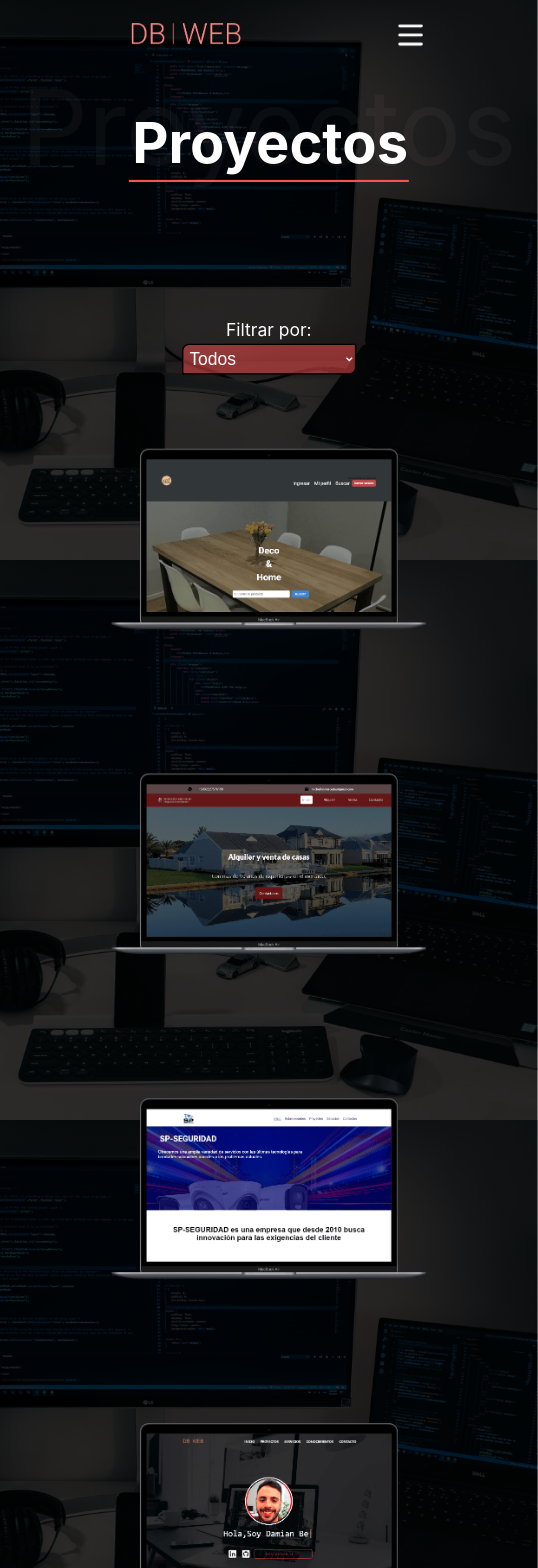
Repository: DamianBermudez94/DB-Porfolio
Page: /proyecto
These files come from the project's save history. The page is drawn as it stood at one moment and after the next save; the edit follows.
The browser window is 768 px wide. The pictures show the part of the page from y = 0 to 2240 px (the page is 4516 px tall before and 4476 px after), at 70% of full size.
Backgrounds fixed to the window are drawn as part of the page. Some web libraries are served in a nearby version. The project was rebuilt for these pictures with package versions that can differ from the ones it lists, and the page was loaded fresh each time. Also part of the build but not shown: vite.config.js, src/components/TextoCustom/styles.css, src/components/TextoCustom/CustomText.jsx, src/components/Home/styles.css, src/components/Home/Home.jsx, src/pages/Inicio.jsx, src/components/Servicios/styles.css, src/components/Servicios/Service.jsx and 8 more.

Above is the page before, as saved 2024-04-01 19:15:45.

### index.html
<!DOCTYPE html>
<html lang="es">
  <head>
    <meta charset="utf-8" />
    <meta name="viewport" content="width=device-width, initial-scale=1" />
    <meta name="geo.position" content="-35.1853171; -59.1479442" />
    <link
      rel="icon"
      type="image/png"
      sizes="32x32"
      href="./public/image/icons-favicon-DB.png"
    />
    <link
      rel="apple-touch-icon"
      type="image/png"
      sizes="32x32"
      href="./public/image/icons-favicon-DB.png"
    />

    <link rel="manifest" href="./src/manifiesto.json" />
    <title>Damián Bermúdez - Developer</title>
    <meta name="author" content="Damián Bermúdez" />
    <meta
      name="description"
      content="Desarrollador Web Full Stack - Diseñador Web - Paginás Web - Damián Bermúdez"
    />
    <meta name="theme-color" content="#000000" />
    <!--Estilos-->
    <script
      src="https://kit.fontawesome.com/bdbed0aafa.js"
      crossorigin="anonymous"
    ></script>
    <link rel="preconnect" href="https://fonts.gstatic.com" />
    <link rel="preconnect" href="https://fonts.gstatic.com" />
    <link rel="preconnect" href="https://fonts.gstatic.com" />
    <link rel="preconnect" href="https://fonts.gstatic.com" />
    <link
      href="https://fonts.googleapis.com/css2?family=Raleway:wght@200;300&family=Roboto:wght@100;300&display=swap"
      rel="stylesheet"
    />
  </head>
  <body>
    <div id="root"></div>
    <script type="module" defer src="/src/main.jsx"></script>
  </body>
</html>

### src/main.jsx
import ReactDOM from "react-dom/client";

import App from "./App";
import "./index.css";
const root = ReactDOM.createRoot(document.getElementById("root"));
root.render(<App />);

### src/App.jsx
import { useState, useEffect } from "react";
import { MisRutas } from "./routers/MisRutas";
import { BrowserRouter } from "react-router-dom";
import backgroundImage from "../public/image/banner-parallax2.jpg";
import "./App.css";
function App() {
  const [scrollPosition, setScrollPosition] = useState(0);

  useEffect(() => {
    const handleScroll = () => {
      setScrollPosition(window.pageYOffset);
    };

    window.addEventListener("scroll", handleScroll);

    return () => {
      window.removeEventListener("scroll", handleScroll);
    };
  }, []);

  return (
    <main className="content-main parallax-container">
      <div
        className="parallax-background"
        style={{
          backgroundImage: `url(${backgroundImage})`,
          backgroundPositionY: scrollPosition / 2 + "px",
        }}
      />
      <div className="parallax-content">
        <BrowserRouter>
          <MisRutas />
        </BrowserRouter>
      </div>
    </main>
  );
}

export default App;

### src/index.css
* {
  margin: 0;
  padding: 0;
  box-sizing: border-box;
}
body {
  font-family: -apple-system, BlinkMacSystemFont, "Segoe UI", "Roboto", "Oxygen",
    "Ubuntu", "Cantarell", "Fira Sans", "Droid Sans", "Helvetica Neue",
    sans-serif;
  -webkit-font-smoothing: antialiased;
  -moz-osx-font-smoothing: grayscale;
}

### src/routers/MisRutas.jsx
import {Routes, Route } from "react-router-dom";

import { Inicio } from "../pages/Inicio";
import { Servicios } from "../pages/Servicios";
import { AcerdaDe } from "../pages/AcerdaDe";
import { Contacto } from "../pages/contacto";
import { Proyectos } from "../pages/Proyecto";
import { Error } from "../components/Error";
import { NavHeader } from "../components/header/NavHeader";
import { Footer } from "../components/Footer/Footer";

export const MisRutas = () => {
  return (
    <div className="layout">
      {/*Header y navegacion*/}
      <NavHeader />
      {/*Contenido general*/}

      <Routes>
        <Route path="/" element={<Inicio />} />
        <Route path="/inicio" element={<Inicio />} />
        <Route path="/servicios" element={<Servicios />} />
        <Route path="/conocimientos" element={<AcerdaDe />} />
        <Route path="/contacto" element={<Contacto />} />
        <Route path="/proyecto" element={<Proyectos />} />
        <Route path="*" element={<Error />} />
      </Routes>

      {/* Footer*/}
      <Footer />
    </div>
  );
};

### src/App.css
.parallax-container {
  position: relative;
  overflow: hidden;
  color: #fff;


}
.parallax-background {
  position: absolute;
  top: 0;
  left: 0;
  width: 100%;
  height: 100%;
  background-size: cover;
  background-position: center;
  background-attachment: fixed;

}
.parallax-content {
 /* Agregamos una transición para suavizar la animación */
  padding-top: 150px;
  background-color: rgba(0, 0, 0, 0.8);
  position: relative;
  z-index: 1; /* Asegura que el contenido esté sobre la imagen de fondo */
}

### src/pages/Proyecto.jsx
import { ListadoTrabajos } from "../components/Proyectos/ListaTrabajos";

export const Proyectos = () => {
  return (
    <section className="section-proyectos">
      <h1 className="title-proyectos">Proyectos</h1>
      <span className="sub-title__proyectos">Proyectos</span>
      <ListadoTrabajos />
    </section>
  );
};

### src/components/header/NavHeader.jsx
import { useState, useEffect } from "react";
import { NavLink } from "react-router-dom";
import "./NavHeader.css";
import BurguerButton from "./burgerButton";

export const NavHeader = () => {
  const [clicked, setClicked] = useState(false);
  const [scrolled, setScrolled] = useState(false);
  const handleClick = () => {
    //cuando esta true lo pasa a false y vice versa
    setClicked(!clicked);
  };
  useEffect(() => {
    const handleScroll = () => {
      if (window.scrollY > 50) {
        setScrolled(true);
      } else {
        setScrolled(false);
      }
    };

    window.addEventListener("scroll", handleScroll);

    // Limpiar el event listener en el desmontaje del componente
    return () => {
      window.removeEventListener("scroll", handleScroll);
    };
  }, []);

  return (
    <header className={`header ${scrolled ? "scrolled" : ""}`}>
      <div className="nav-content">
        <div className="logo">
          <NavLink to="/inicio">
            <img
              src={"/image/Logo-DB.png"}
              alt="Damian Bermudez desarrollador web"
            ></img>
          </NavLink>
        </div>

        <BurguerButton
          className="btn-menu"
          clicked={clicked}
          handleClick={handleClick}
        />
        <nav className={`menu ${clicked ? "active" : ""}`}>
          <ul>
            <li>
              <NavLink
                to="/inicio"
                onClick={handleClick}
                className={({ isActive }) => (isActive ? "active" : "")}
              >
                Inicio
              </NavLink>
            </li>
            <li>
              <NavLink
                to="/proyecto"
                onClick={handleClick}
                className={({ isActive }) => (isActive ? "active" : "")}
              >
                proyectos
              </NavLink>
            </li>
            <li>
              <NavLink
                to="/servicios"
                onClick={handleClick}
                className={({ isActive }) => (isActive ? "active" : "")}
              >
                servicios
              </NavLink>
            </li>
            <li>
              <NavLink
                to="/conocimientos"
                onClick={handleClick}
                className={({ isActive }) => (isActive ? "active" : "")}
              >
                conocimientos
              </NavLink>
            </li>
            <li>
              <NavLink
                to="/contacto"
                onClick={handleClick}
                className={({ isActive }) => (isActive ? "active" : "")}
              >
                contacto
              </NavLink>
            </li>
          </ul>
        </nav>
      </div>
    </header>
  );
};

### src/components/Footer/Footer.jsx

import './Footer.css'
export const Footer = () => {
  return (
    <footer className="footer">
      <div className="contenedor-footer container">
          <div className="footer-redes__sociales">
              <a href="https://www.facebook.com" className="link-redes_sociales" ><i className="fab fa-facebook facebook"></i></a>
              <a href="https://www.instagram.com" className="link-redes_sociales" ><i className="fab fa-instagram instagran"></i></a>
              <a href="https://www.linkedin.com" className="link-redes_sociales" ><i className="fab fa-linkedin linkedin"></i></a>
              <a href="https:/www.github.com" className="link-redes_sociales" ><i className="fab fa-github-square github"></i></a>
          </div>
          <hr className='footer-linea__separacion' />
          <div className="footer-text">
              <p className="title-copy">Hecho por<a className="title-footer" href="https://damianbermudezdev.es/">DB|WEB</a></p>
          </div>
      </div>
    </footer>
  )
}

### src/components/header/NavHeader.css
.header {
  height: 80px;
  width: 100%;
  max-width: 1200px;
  display: flex;
  justify-content: space-around;
  align-items: center;
  position: fixed;
  top: 0;
  right: 0;
  left: 0;
  z-index: 1000;
  padding: 50px 20px;
margin: 0 auto;
  transition: background-color 0.5s ease;
}

/* Cambiar el fondo al hacer scroll */
.header.scrolled {
  background-color: rgba(83, 83, 83, 0.9);
  border-radius: 10px;
  display: flex;
  justify-content: center;
  align-items: center;
  position: fixed;

  margin: 0 auto;
}

.nav-content {
  width: 90%;
  height: 80px;
  margin: 0 auto;
  display: flex;
  justify-content: space-around;
  padding: 5px;
  align-items: center;
}
.header .logo img {
  width: 150px;
  height: 100px;
  object-fit: cover;
}

.header nav ul {
  display: flex;
  justify-content: center;
  align-items: center;
  list-style: none;
}
.header li {
  text-decoration: none;
  text-transform: uppercase;
  font-size: 17px;
  font-weight: bold;
  margin: 15px;
}
.header li a {
  text-decoration: none;
  transition: all 300ms;
  color: #f1f1f1;
}
.header .active,
.header a:hover {
  color: rgb(255, 80, 80);
}

.header .btn-menu {
  display: none;
}
@media screen and (max-width: 960px) {
  .header {
    max-width: 900px;
  }

  .header .logo img {
    width: 200px;
    height: 150px;
  }

  .menu {
    list-style-type: none;
    margin: 0;
    padding: 0;
    transform: translateY(-100%);
    transition: transform 0.5s ease-in-out;
    position: fixed;
    top: 150px;
    left: 0%;
    width: 100%;
    height: 100vh;
    width: 100%;
    display: flex;
    flex-direction: column;
    align-items: center;
    justify-content: center;
    height: 0;
    overflow: hidden;
    background-color: rgba(255, 255, 255, 0);
    backdrop-filter: blur(19px);
  }

  .menu.active {
    transform: translateY(0);
    width: 100%;
    height: 100vh;
    bottom: 10px;
    display: block;
    margin: 0 auto;
  }

  .menu ul {
    flex-direction: column;
    align-items: center;
    justify-content: center;
  }

  .menu li {
    width: 100%;
    margin: 10px auto;
    border-bottom: 1px solid rgb(255, 1, 1);
    margin: 10px 0;
    transform: translateY(-50px);
    opacity: 0;
    transition: transform 0.5s ease, opacity 0.5s ease;
  }
  .menu.active li {
    transform: translateY(0);
    opacity: 1;
    padding: 10px;
  }
  .menu a {
    text-decoration: none;
    color: #fff;
    font-size: 20px;
    transition: color 0.3s;
  }
  .menu a:hover {
    color: #ffd700;
  }
}
@media screen and (max-width: 480px) {
  .header {
    padding: 50px;

  }
  .header .logo img {
    width: 150px;
    height: 100px;
  }
}

### src/components/header/burgerButton.jsx
/* eslint-disable react/prop-types */

import styled from "styled-components";

function BurguerButton(props) {
  return (
    <Burguer>
      <div
        onClick={props.handleClick}
        className={`btn-menu nav-icon-5 ${props.clicked ? "open" : ""}`}
      >
        <span></span>
        <span></span>
        <span></span>
      </div>
    </Burguer>
  );
}

export default BurguerButton;

const Burguer = styled.div`
  /* nav-icon-5 */
  .nav-icon-5 {
    width: 35px;
    height: 30px;
    position: relative;
    cursor: pointer;
    display: flex;
    margin: 25px auto;
  }
  .nav-icon-5 span {
    background-color: #fff;
    position: absolute;
    border-radius: 2px;
    transition: 0.3s cubic-bezier(0.8, 0.5, 0.2, 1.4);
    width: 100%;
    height: 4px;
    transition-duration: 500ms;
  }
  .nav-icon-5 span:nth-child(1) {
    top: 0px;
    left: 0px;
  }
  .nav-icon-5 span:nth-child(2) {
    top: 13px;
    left: 0px;
    opacity: 1;
  }
  .nav-icon-5 span:nth-child(3) {
    bottom: 0px;
    left: 0px;
  }
  .nav-icon-5:not(.open):hover span:nth-child(1) {
    transform: rotate(-3deg) scaleY(1.1);
  }
  .nav-icon-5:not(.open):hover span:nth-child(2) {
    transform: rotate(3deg) scaleY(1.1);
  }
  .nav-icon-5:not(.open):hover span:nth-child(3) {
    transform: rotate(-4deg) scaleY(1.1);
  }
  .nav-icon-5.open span:nth-child(1) {
    transform: rotate(45deg);
    top: 13px;
  }
  .nav-icon-5.open span:nth-child(2) {
    opacity: 0;
  }
  .nav-icon-5.open span:nth-child(3) {
    transform: rotate(-45deg);
    top: 13px;
  }
  @media screen and (min-width: 960px) {
    .btn-menu {
      display: none;
    }
  }
`;

### src/components/Footer/Footer.css
.footer {
  min-height: 120px;
  line-height: 7px;
  text-align: center;
  font-size: 22px;
  padding: 45px;
  background-color: #212121;
}

.contenedor-footer {
  display: flex;
  flex-direction: column;
  justify-content: center;
  align-content: center;
  margin: 0 auto;
  padding: 20px;
}
.footer-text {
  display: flex;
  justify-content: center;
  align-items: center;
  padding: 10px;
  margin-top: 20px;
}
.title-copy {
  text-align: center;
  font-size: 26px;
  font-weight: 300;
}
.title-footer {
  text-decoration: none;
  color: rgb(252, 136, 136);
  margin-left: 5px;
}
.footer-linea__separacion{
  height: 1px;
  width: 100%;
  max-width: 700px;
  margin: 0 auto;


}
body.dark .title-copy {
  color: #f1f1f1;
}

.footer-redes__sociales {
  display: flex;
  justify-content: center;
  align-items: center;
  text-align: center;
  margin-bottom: 10px;
}
.link-redes_sociales {
  text-decoration: none;
  width: 50px;
  height: 50px;
  margin: 10px;
  color: rgb(255, 255, 255);
  background-color: rgb(28, 28, 28);
  border-radius: 10px;
  text-align: center;
  position: relative;
  transition: transform 0.4s;
  font-size: 26px;
  padding: 4px;
}
.link-redes_sociales:hover {
  transform: rotate(45deg);
}
.link-redes_sociales::before {
  content: "";
  position: absolute;
  width: 100%;
  height: 100%;
  opacity: 0;
  background-color: #373737;
  border-radius: 10px;
  transition: opacity 0.2s;
}
.link-redes_sociales:hover::before {
  opacity: 0.4;
}
.link-redes_sociales:nth-child(1)::before {
  background-color: rgb(255, 80, 80);
}
.link-redes_sociales:nth-child(2)::before {
  background-color: rgb(255, 80, 80);
}
.link-redes_sociales:nth-child(3)::before {
  background-color: rgb(255, 80, 80);
}
.link-redes_sociales:nth-child(4)::before {
  background-color: rgb(255, 80, 80);
}

.link-redes_sociales:hover::before {
  transform: translate(-4px, -4px);
  filter: blur(10px);
}

.link-redes_sociales i {
  font-size: 1.7em;
  transition: all 0.4s;
}
.link-redes_sociales:hover i {
  color: #f1f1f1;
  transform: rotate(-45deg);
}

body.dark .redes-sociales i {
  color: #f1f1f1;
}

### src/components/Proyectos/styles.css
/**--Estilos seccion Proyectos--**/
.section-proyectos {
  text-align: center;
  margin: 0 auto;
}

.title-proyectos {
  width: 100%;
  max-width: 400px;
  padding: 5px;
  margin: 0 auto;
  font-size: 80px;
  color: rgb(255, 255, 255);
  border-bottom: 3px solid rgb(255, 80, 80);
}
.sub-title__proyectos {
  position: relative;
  opacity: 0.04;
  font-size: 150px;
  top: -170px;
  right: 0;
  color: rgb(253, 214, 214);
}
.container-proyectos {
  position: relative;
  top: 0;
  left: 0;
  width: 100%;
  max-width: 1600px;
  display: grid;
  grid-template-columns: repeat(2, 1fr);
  grid-gap: 30px;
  padding: 10px;
  margin: 0 auto;
}
.container-filtro{
  display: flex;
  align-items: center;
  margin: 0 auto;
  grid-column: span 2;
}
.container-filtro label{
  font-size: 25px;
  padding: 5px;
}
.container-filtro select{
  font-size: 25px;
  padding: 5px;
  border: 2px solid #000000;
  color: #fff;
  border-radius: 10px 0px 10px 0px;
  background-color: rgb(255, 80, 80,0.5);
}
.card-proyectos {
  width: 100%;
  display: flex;
  align-items: center;
  flex-direction: column;
  margin: 0 auto;
}
.content-proyectos__img img {
  object-fit: contain;
  border-radius: 5px;
  width: 700px;
  height: 500px;
  cursor: pointer;
  transition: all 0.5s;
}
.content-proyectos__img img:hover {
  filter: drop-shadow(5px 5px 3px red);
}

.card-proyectos span {
  display: block;
  color: white;
  font-size: 18px;
  margin-top: 35px;
}
.card-proyectos h2 {
  display: block;
  color: white;
  margin-top: 5px;
  font-size: 25px;
}
.card-proyectos a {
  color: white;
  text-decoration: none;
  transition: none;
  text-align: center;
}

.content-proyectos__enlace {
  width: 100%;
  display: flex;
  justify-content: center;
  align-items: center;
  padding: 20px;
  margin: 0 auto;
}

.proyectos-enlace {
  width: 40%;
  max-width: 200px;
  text-decoration: none;
  display: flex;
  align-items: center;
  justify-content: center;
  margin: 0 auto;
  font-size: 18px;
  cursor: pointer;
  text-transform: uppercase;
  letter-spacing: 2px;
  color: rgb(255, 0, 0);
  background-color: transparent;
  outline: 2px solid rgb(255, 80, 80);
  border: none;
  border-radius: 8px;
  padding: 10px 20px;
  position: relative;

  overflow: hidden;
  transition: color 1s;
}

.proyectos-enlace:hover {
  color: #000000;
  z-index: 1;
}

.proyectos-enlace::before {
  content: "";
  position: absolute;
  top: 0;
  left: -50px;
  width: 150%;
  height: 100%;
  background-color: rgba(255, 85, 85, 0.5);
  border: none;
  outline: 3px solid rgb(0, 0, 0);
  transform: scaleX(0) skewX(35deg);
  transform-origin: left;
  z-index: -1;
  transition: transform 1s;
}

.proyectos-enlace:hover::before {
  transform: scaleX(1) skewX(35deg);
}

/* Modal personalizado */
.mi-modal {
  width: 600px;
  height: 500px;
  display: flex;
  justify-content: space-between;
  align-items: center;
  background-color: rgba(0, 0, 0, 0.9);
  border-radius: 5px;
  box-shadow: 0 0 10px rgba(247, 10, 10, 0.9);
  padding: 20px;
}
.container-modal {
  width: 100%;
  height: 100%;
  display: flex;
  justify-content: space-around;
  padding: 10px;
  flex-direction: column;
}

.mi-modal-overlay {
  width: 100%;
  height: 100vh;
  color: #fff;
  display: flex;
  justify-content: center;
  align-items: center;
  position: fixed;
  top: 0;
  left: 0;
  right: 0;
  bottom: 0;
  background-color: rgba(0, 0, 0, 0.2);
  margin: 0 auto;
  z-index: 111111111111111111111;
}
@media (max-width: 1480px) {
  .content-proyectos__img img {
    width: 500px;
    height: 500px;
  }
}

@media (max-width: 1120px) {
  .content-proyectos__img img {
    width: 450px;
    height: 450px;
  }
}
@media (max-width: 960px) {
  .container-proyectos {
    display: grid;
    grid-template-columns: repeat(1, 1fr);
    grid-gap: 10px;
  }
  .container-filtro{
    justify-content: center;
    flex-direction: column;
    grid-column: span 1;

  }
  .mi-modal {
    width: 400px;
    height: 500px;
    display: flex;
    justify-content: space-between;
    align-items: center;
    background-color: rgba(0, 0, 0, 0.336);
    border-radius: 5px;
    padding: 20px;
    box-shadow: 0 0 10px rgba(247, 10, 10, 0.9);
  }
}
@media (max-width: 760px) {
  .container-proyectos {
    grid-template-columns: repeat(1, 1fr);
  }
  .content-proyectos__img img {
    width: 400px;
    height: 400px;
  }
  .sub-title__proyectos {
    font-size: 105px;
    top: -135px;
  }
}
@media (max-width: 480px) {
  .title-proyectos {
    font-size: 40px;
    max-width: 300px;
  }
  .sub-title__proyectos {
    font-size: 70px;
    top: -90px;
  }
  .content-proyectos__img img {
    width: 300px;
    height: 300px;
  }
  .mi-modal {
    width: 300px;
  }
}
@media (max-width: 360px) {
  .title-proyectos {
    font-size: 35px;
    max-width: 200px;
  }
  .sub-title__proyectos {
    font-size: 50px;
    top: -70px;
  }
  .content-proyectos__img img {
    width: 250px;
    height: 250px;
  }
  .mi-modal {
    width: 300px;
  }
}

Loaded but not shown: src/data/trabajos.js (92 lines, source omitted); src/components/Proyectos/ListaTrabajos.jsx (115 lines, source omitted)

After the next save:
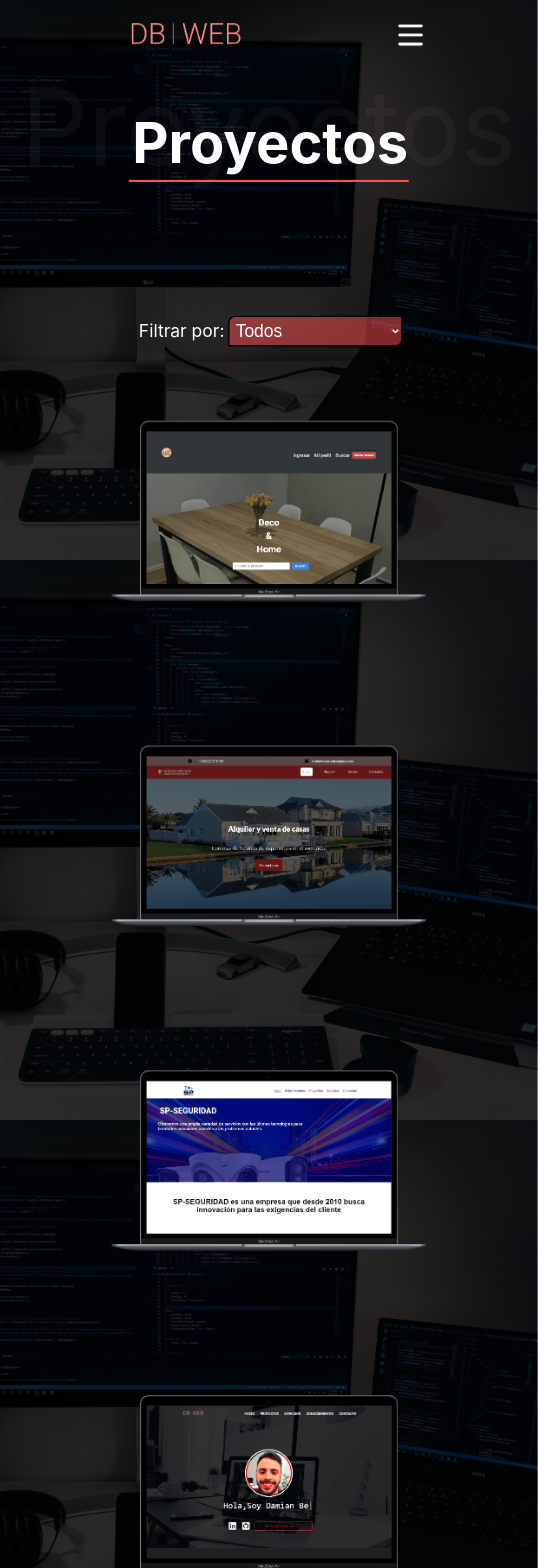
Saved 88 s later.
--- a/src/components/Proyectos/styles.css
+++ b/src/components/Proyectos/styles.css
@@ -204,8 +204,6 @@
     grid-gap: 10px;
   }
   .container-filtro{
-    justify-content: center;
-    flex-direction: column;
     grid-column: span 1;
 
   }

After the 2 saves that followed:
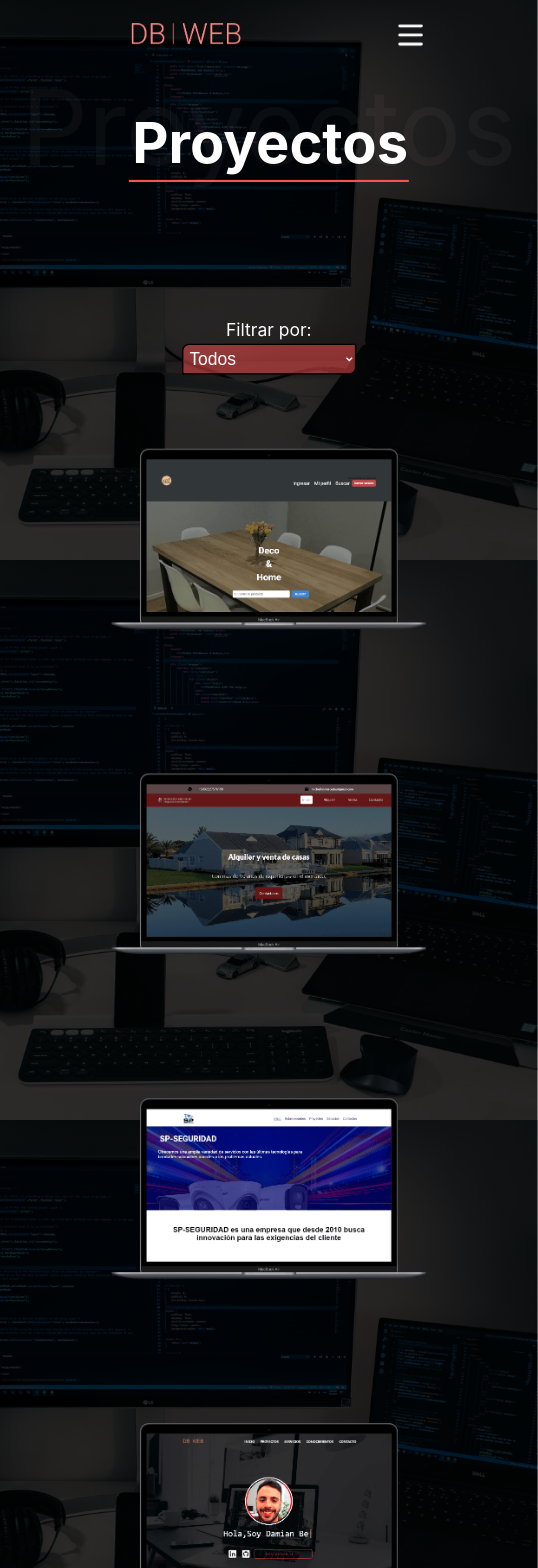
The 2 saves are shown as one change because they came seconds apart.
The last was saved 7 s later.
--- a/src/components/Proyectos/styles.css
+++ b/src/components/Proyectos/styles.css
@@ -204,6 +204,8 @@
     grid-gap: 10px;
   }
   .container-filtro{
+
+    flex-direction: column;
     grid-column: span 1;
 
   }
